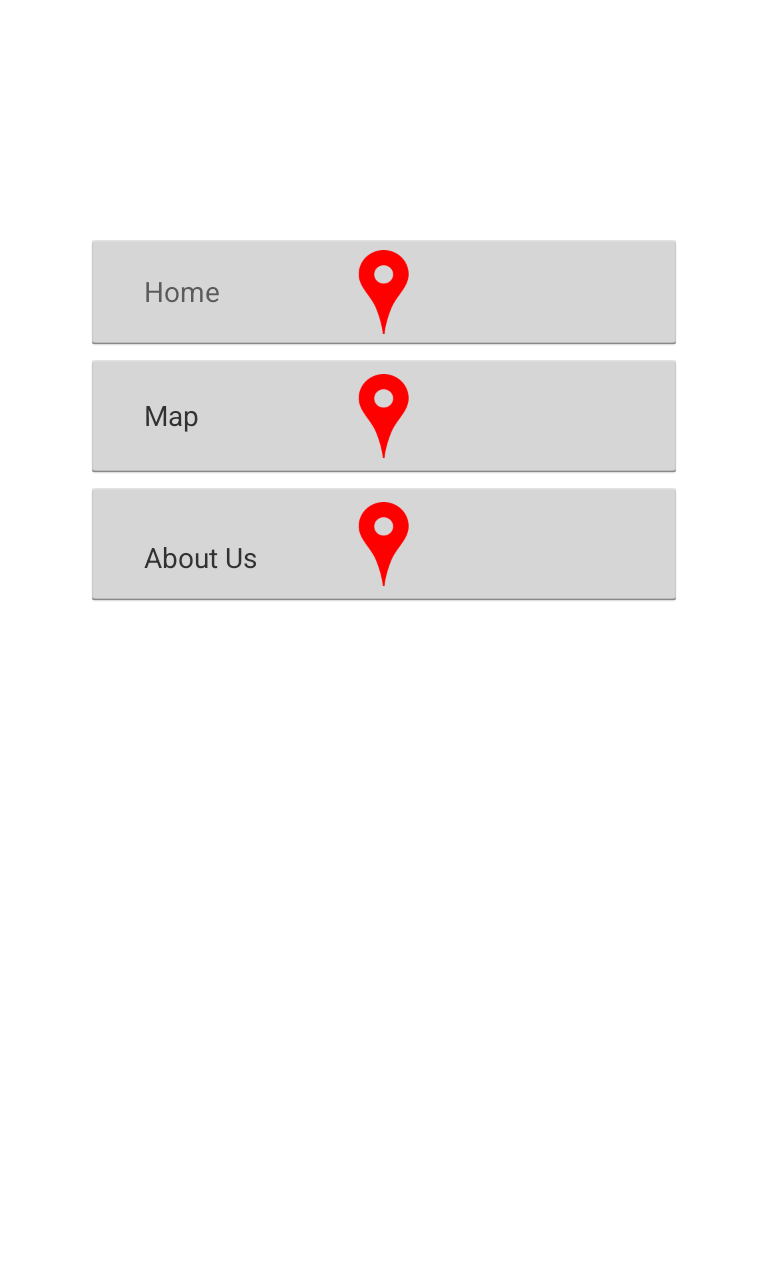
Repository: thoniemarie/TourdanetaGuide
Layout: Tourdaneta/Tourdaneta/res/layout/activity_menu.xml
An editor plug-in stored every save of this project. The layout is shown before and after the next save, followed by the edit.
It is drawn on a 768 x 1280 px phone screen (xhdpi) without system bars, with theme AppTheme; the app's code is not run.

Above is the layout before, as saved 2014-09-07 05:07:47.

### Tourdaneta/Tourdaneta/res/layout/activity_menu.xml
<RelativeLayout xmlns:android="http://schemas.android.com/apk/res/android"
    xmlns:tools="http://schemas.android.com/tools"
    android:layout_width="match_parent"
    android:layout_height="match_parent"

    android:paddingBottom="@dimen/activity_vertical_margin"
    android:paddingLeft="@dimen/activity_horizontal_margin"
    android:paddingRight="@dimen/activity_horizontal_margin"
    android:paddingTop="@dimen/activity_vertical_margin"
    tools:context=".MenuActivity" >

    <TextView
        android:id="@+id/textView1"
        android:layout_width="wrap_content"
        android:layout_height="wrap_content"
        android:layout_alignLeft="@+id/imageButton1"
        android:layout_alignTop="@+id/imageButton1"
        android:layout_marginLeft="30dp"
        android:layout_marginTop="20dp"
        android:text="Home" />

    <ImageButton
        android:id="@+id/imageButton2"
        android:layout_width="wrap_content"
        android:layout_height="wrap_content"
        android:layout_alignLeft="@+id/imageButton1"
        android:layout_alignRight="@+id/imageButton1"
        android:layout_below="@+id/imageButton1"
        android:src="@drawable/ic_launcher" />

    <ImageButton
        android:id="@+id/imageButton3"
        android:layout_width="wrap_content"
        android:layout_height="wrap_content"
        android:layout_alignLeft="@+id/imageButton2"
        android:layout_alignRight="@+id/imageButton2"
        android:layout_below="@+id/imageButton2"
        android:src="@drawable/ic_launcher" />

    <ImageButton
        android:id="@+id/imageButton1"
        android:layout_width="300dp"
        android:layout_height="60dp"
        android:layout_alignParentTop="true"
        android:layout_centerHorizontal="true"
        android:layout_marginTop="100dp"
        android:src="@drawable/ic_launcher" />

    <TextView
        android:id="@+id/textView2"
        android:layout_width="wrap_content"
        android:layout_height="wrap_content"
        android:layout_alignLeft="@+id/textView1"
        android:layout_alignTop="@+id/imageButton2"
        android:layout_marginTop="22dp"
        android:text="Map" />

    <TextView
        android:id="@+id/textView3"
        android:layout_width="wrap_content"
        android:layout_height="wrap_content"
        android:layout_alignBottom="@+id/imageButton3"
        android:layout_alignLeft="@+id/textView2"
        android:layout_marginBottom="16dp"
        android:text="About Us" />

</RelativeLayout>

Loaded but not shown: Tourdaneta/Tourdaneta/res/values/styles.xml (common file); Tourdaneta/Tourdaneta/res/values-v11/styles.xml (common file); Tourdaneta/Tourdaneta/res/values-v14/styles.xml (common file); Tourdaneta/Tourdaneta/res/values/dimens.xml (common file); Tourdaneta/Tourdaneta/res/values-w820dp/dimens.xml (common file)

After the next save:
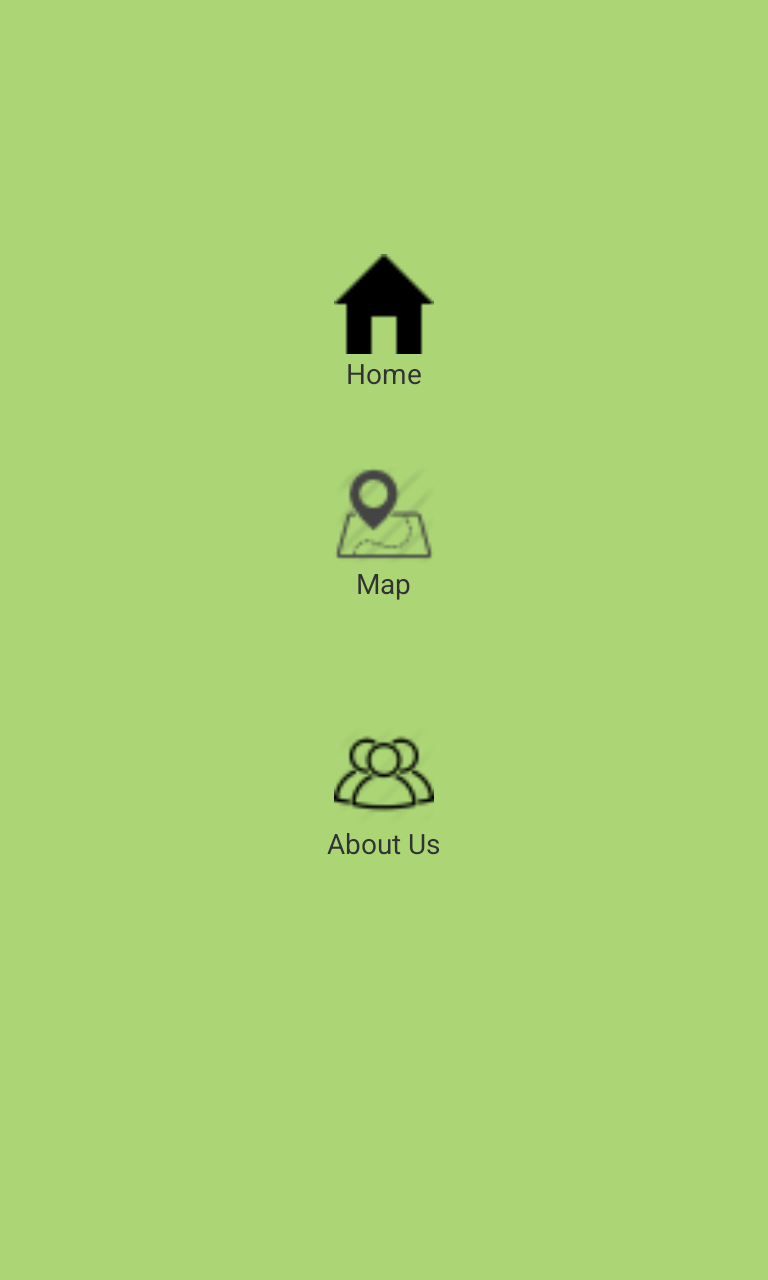
Saved 2 min 30 s later.
--- a/Tourdaneta/Tourdaneta/res/layout/activity_menu.xml
+++ b/Tourdaneta/Tourdaneta/res/layout/activity_menu.xml
@@ -2,66 +2,62 @@
     xmlns:tools="http://schemas.android.com/tools"
     android:layout_width="match_parent"
     android:layout_height="match_parent"
-
+    android:background="#acd675"
     android:paddingBottom="@dimen/activity_vertical_margin"
     android:paddingLeft="@dimen/activity_horizontal_margin"
     android:paddingRight="@dimen/activity_horizontal_margin"
     android:paddingTop="@dimen/activity_vertical_margin"
     tools:context=".MenuActivity" >
 
+    <ImageView
+        android:id="@+id/image1"
+        android:layout_width="50dp"
+        android:layout_height="50dp"
+        android:layout_alignParentTop="true"
+        android:layout_centerHorizontal="true"
+        android:layout_marginTop="111dp"
+        android:src="@drawable/home" />
+
+    <ImageView
+        android:id="@+id/image2"
+         android:layout_width="50dp"
+        android:layout_height="50dp"
+        android:layout_below="@+id/image1"
+        android:layout_centerHorizontal="true"
+        android:layout_marginTop="55dp"
+        android:src="@drawable/mapa" />
+
+    <ImageView
+        android:id="@+id/image3"
+         android:layout_width="50dp"
+        android:layout_height="50dp"
+        android:layout_below="@+id/image2"
+        android:layout_centerHorizontal="true"
+        android:layout_marginTop="80dp"
+        android:src="@drawable/aboutus" />
+
     <TextView
         android:id="@+id/textView1"
         android:layout_width="wrap_content"
         android:layout_height="wrap_content"
-        android:layout_alignLeft="@+id/imageButton1"
-        android:layout_alignTop="@+id/imageButton1"
-        android:layout_marginLeft="30dp"
-        android:layout_marginTop="20dp"
+        android:layout_below="@+id/image1"
+        android:layout_centerHorizontal="true"
         android:text="Home" />
-
-    <ImageButton
-        android:id="@+id/imageButton2"
-        android:layout_width="wrap_content"
-        android:layout_height="wrap_content"
-        android:layout_alignLeft="@+id/imageButton1"
-        android:layout_alignRight="@+id/imageButton1"
-        android:layout_below="@+id/imageButton1"
-        android:src="@drawable/ic_launcher" />
-
-    <ImageButton
-        android:id="@+id/imageButton3"
-        android:layout_width="wrap_content"
-        android:layout_height="wrap_content"
-        android:layout_alignLeft="@+id/imageButton2"
-        android:layout_alignRight="@+id/imageButton2"
-        android:layout_below="@+id/imageButton2"
-        android:src="@drawable/ic_launcher" />
-
-    <ImageButton
-        android:id="@+id/imageButton1"
-        android:layout_width="300dp"
-        android:layout_height="60dp"
-        android:layout_alignParentTop="true"
-        android:layout_centerHorizontal="true"
-        android:layout_marginTop="100dp"
-        android:src="@drawable/ic_launcher" />
 
     <TextView
         android:id="@+id/textView2"
         android:layout_width="wrap_content"
         android:layout_height="wrap_content"
-        android:layout_alignLeft="@+id/textView1"
-        android:layout_alignTop="@+id/imageButton2"
-        android:layout_marginTop="22dp"
+        android:layout_below="@+id/image2"
+        android:layout_centerHorizontal="true"
         android:text="Map" />
 
     <TextView
         android:id="@+id/textView3"
         android:layout_width="wrap_content"
         android:layout_height="wrap_content"
-        android:layout_alignBottom="@+id/imageButton3"
-        android:layout_alignLeft="@+id/textView2"
-        android:layout_marginBottom="16dp"
+        android:layout_below="@+id/image3"
+        android:layout_centerHorizontal="true"
         android:text="About Us" />
 
 </RelativeLayout>
